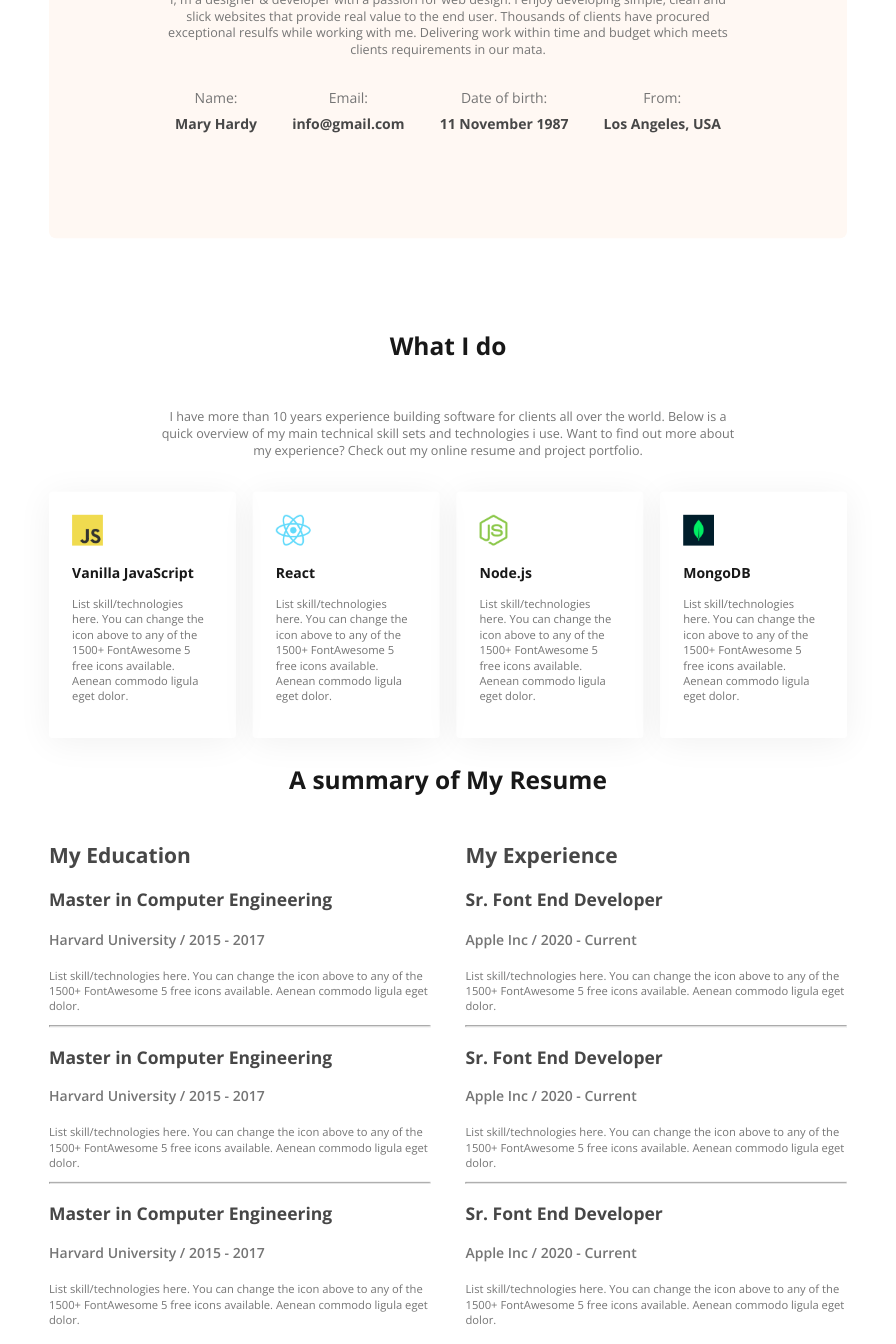
Repository: ShouravAhammed/Simple-Portfolio-Webpage
Page: index.html
The author's editor kept a copy of each file at every save. The page is drawn from the files as they stood at one save, then again after the next save.
The browser window is 1280 px wide. The pictures show the part of the page from y = 1159 to 3079 px (the page is 3079 px tall before and 3020 px after), at 70% of full size.

Above is the page before, as saved 2024-01-06 03:11:22.

After the next save:
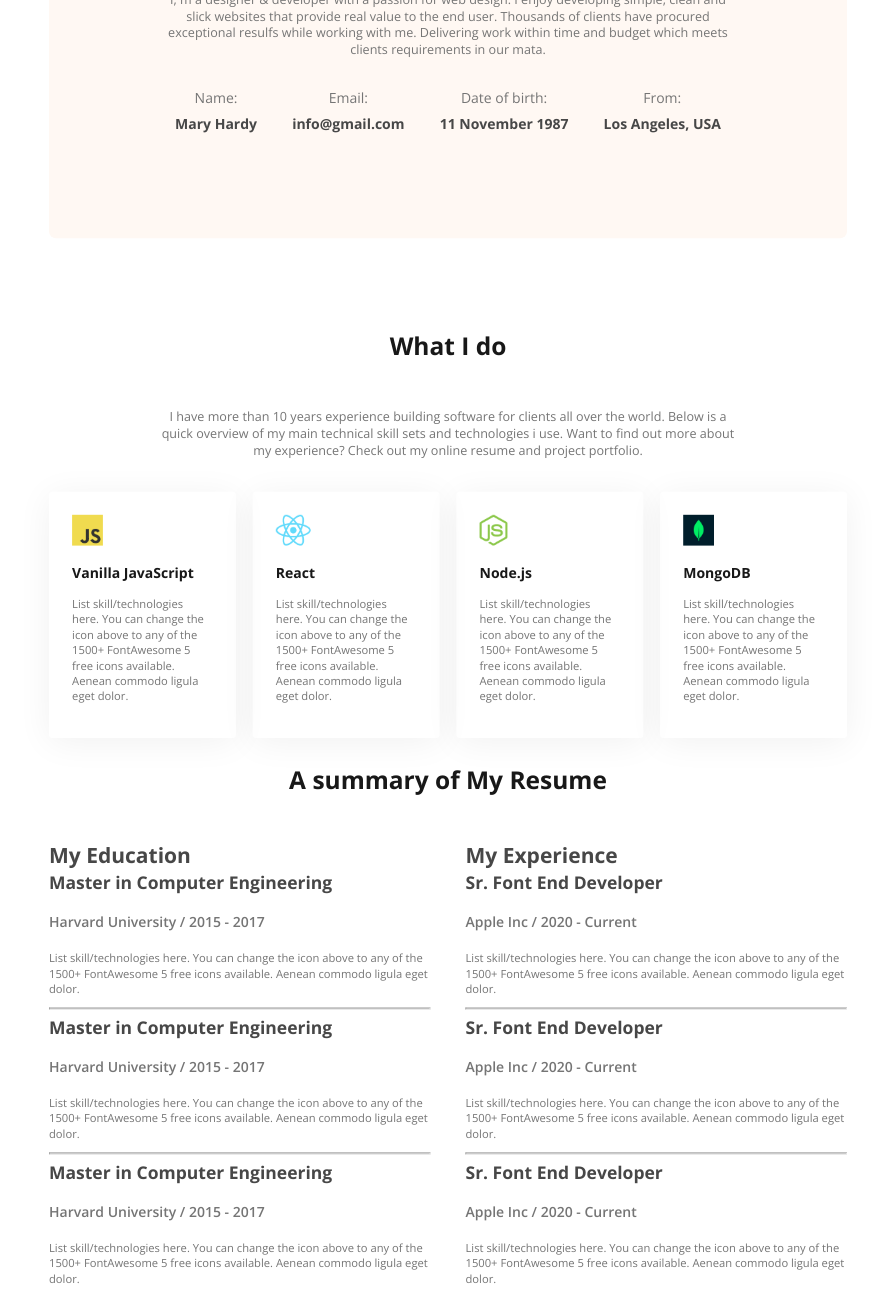
Saved 13 s later.
--- a/index.css
+++ b/index.css
@@ -171,6 +171,7 @@
     color: #474747;
     font-size: 25px;
     font-weight: 700;
+    margin-top: 0px;
 }
 .resume-item-institute{
     color: #757575;

After the save that followed:
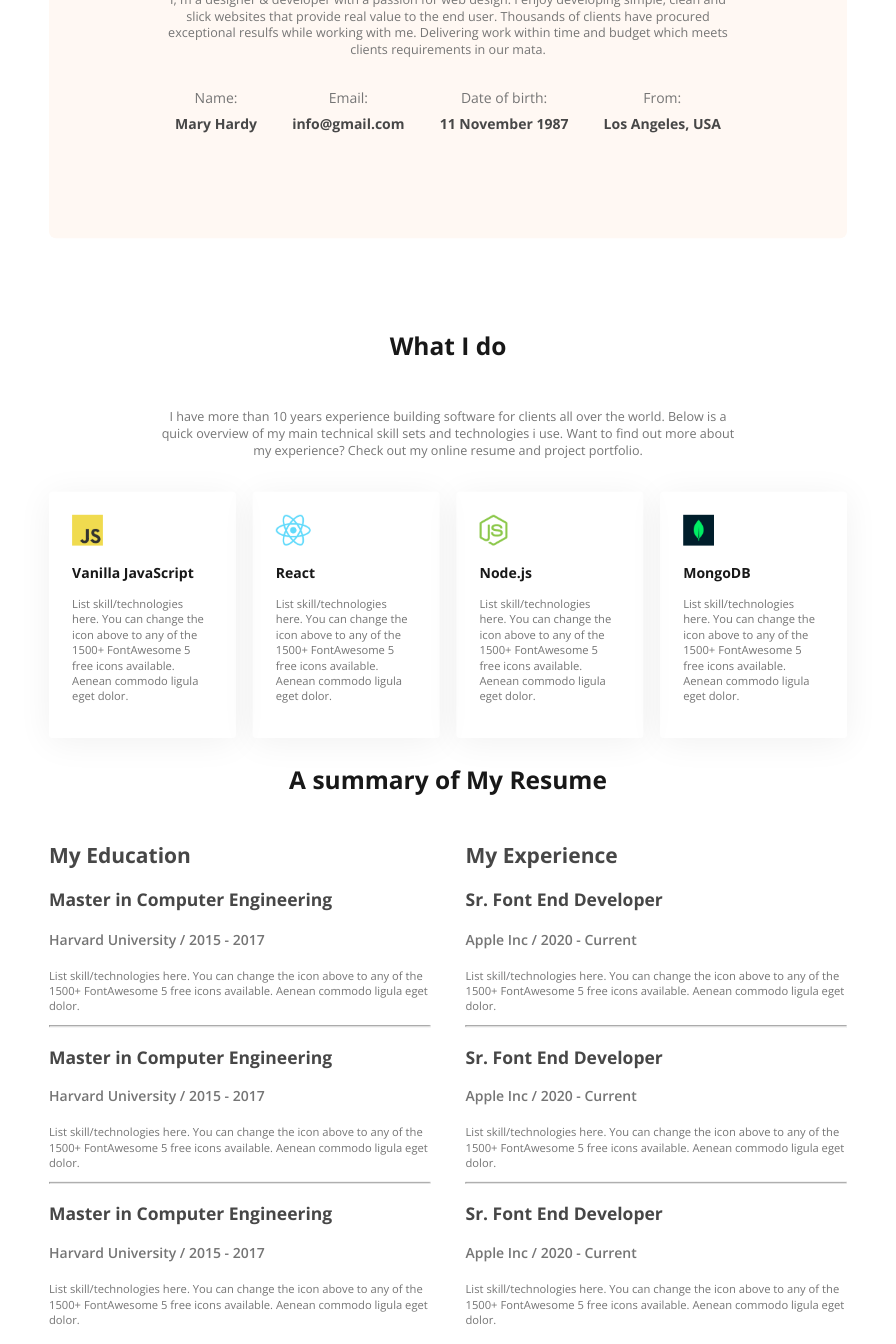
Saved 10 s later.
--- a/index.css
+++ b/index.css
@@ -171,7 +171,6 @@
     color: #474747;
     font-size: 25px;
     font-weight: 700;
-    margin-top: 0px;
 }
 .resume-item-institute{
     color: #757575;
